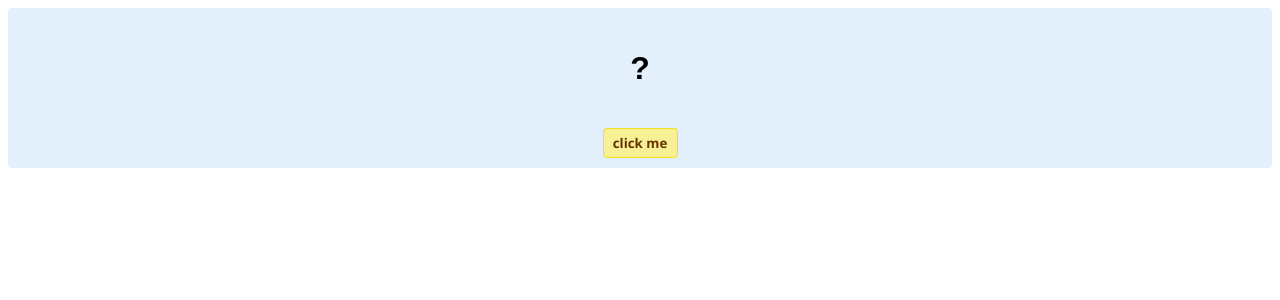
Repository: n-donnelly/onlinegameproto
Page: home.html
The author's editor kept a record of every edit. The page is drawn from the files as they stood at one moment, then again after the next edit.
The browser window is 1280 px wide. The pictures show the whole page.

Above is the page before.

After the next edit:
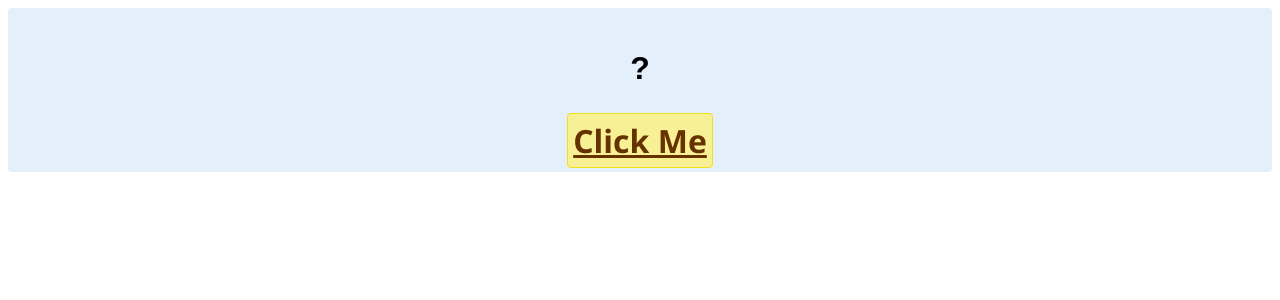
The edit:
--- a/home.html
+++ b/home.html
@@ -45,7 +45,7 @@
 <body>
 <div id="mainContent">
 <p id="helloText">?</p>
-<button id="clickButton" class="buttonStyle">click me</button>
+<a href="Content/main.html" id="clickButton" class="buttonStyle">Click Me</a>
 </div>
 <script>
 var myButton = document.getElementById("clickButton");
